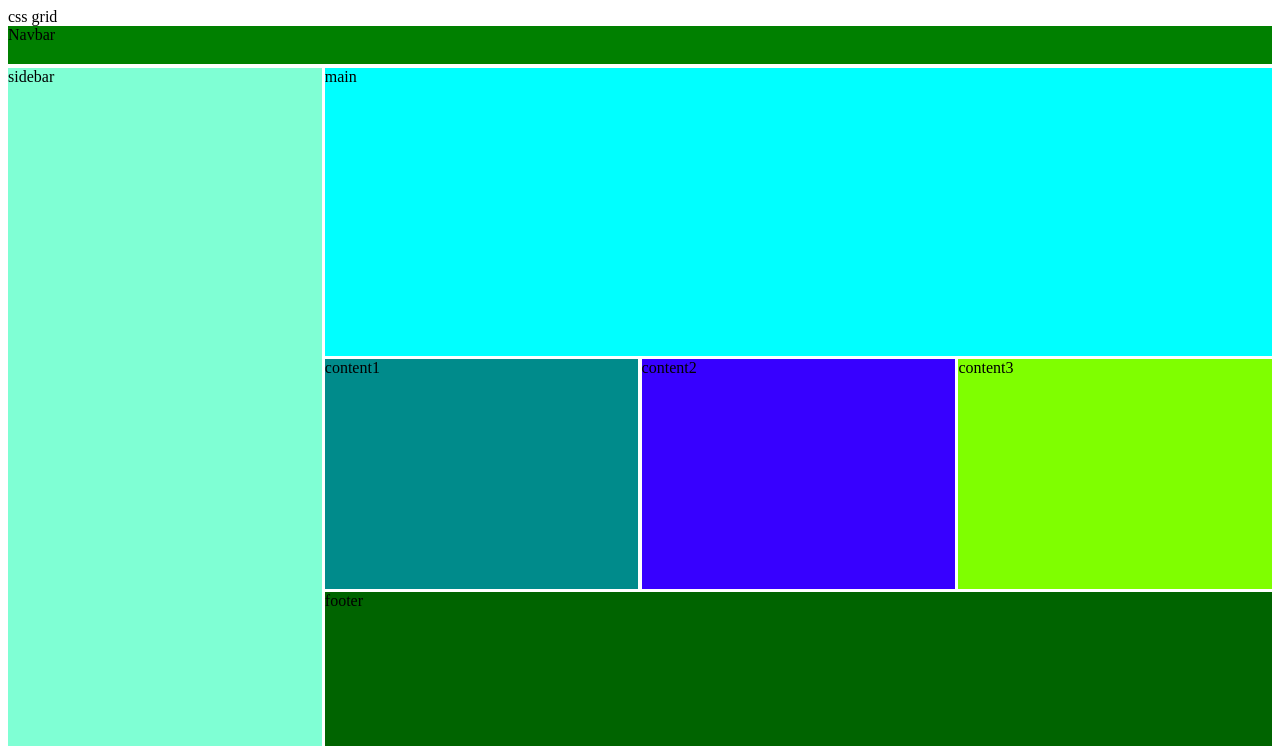
Repository: miraclesamson/cssgrid
Page: index.html
An editor plug-in stored every save of this project. The page is shown before and after the next save, followed by the edit.
The browser window is 1280 px wide. The pictures show the whole page.

Above is the page before, as saved 2022-06-25 04:54:28.

### index.html
<!DOCTYPE html>
<html lang="en">

<head>
    <meta charset="UTF-8">
    <meta http-equiv="X-UA-Compatible" content="IE=edge">
    <meta name="viewport" content="width=device-width, initial-scale=1.0">
    <link rel="stylesheet" href="./style.css" <title>css grid</title>
</head>

<body>
    <div class="container">
        <nav>Navbar</nav>
        <main>main</main>
        <div id="sidebar">sidebar</div>
        <div id="content1">content1</div>
        <div id="content2">content2</div>
        <div id="content3">content3</div>
        <div id="footer">footer</div>

    </div>

</body>

</html>

### style.css
:root {
  --main-radius: 5px;
  --main-padding: 5px;
}
.container {
  display: grid;
  height: 100vh;
  grid-template-columns: 1fr 1fr 1fr 1fr;
  grid-template-rows: 0.2fr 1.5fr 1.2fr 0.8fr;
  grid-template-areas:
    "nav nav nav nav"
    "sidebar main main main"
    "sidebar content1 content2 content3"
    "sidebar footer footer footer";
  grid-gap: 0.2rem;
}
nav {
  background: green;
  grid-area: nav;
}
main {
  background: aqua;
  grid-area: main;
}
#sidebar {
  background: aquamarine;
  grid-area: sidebar;
}
#content1 {
  background: darkcyan;
  grid-area: content1;
}
#content2 {
  background: rgb(55, 0, 255);
  grid-area: content2;
}
#content3 {
  background: chartreuse;
  grid-area: content3;
}
#footer {
  background: darkgreen;
  grid-area: footer;
}
@media only screen and (max-width: 550px) {
  .container {
    grid-template-columns: 1fr;
    grid-template-rows: 0.4fr 0.4fr 2.2fr 1.2fr 1.2fr 1.2fr 1fr;
    grid-template-areas:
      "nav"
      "sidebar"
      "main"
      "content1"
      "content2"
      "content3"
      "footer";
  }
}

After the next save:
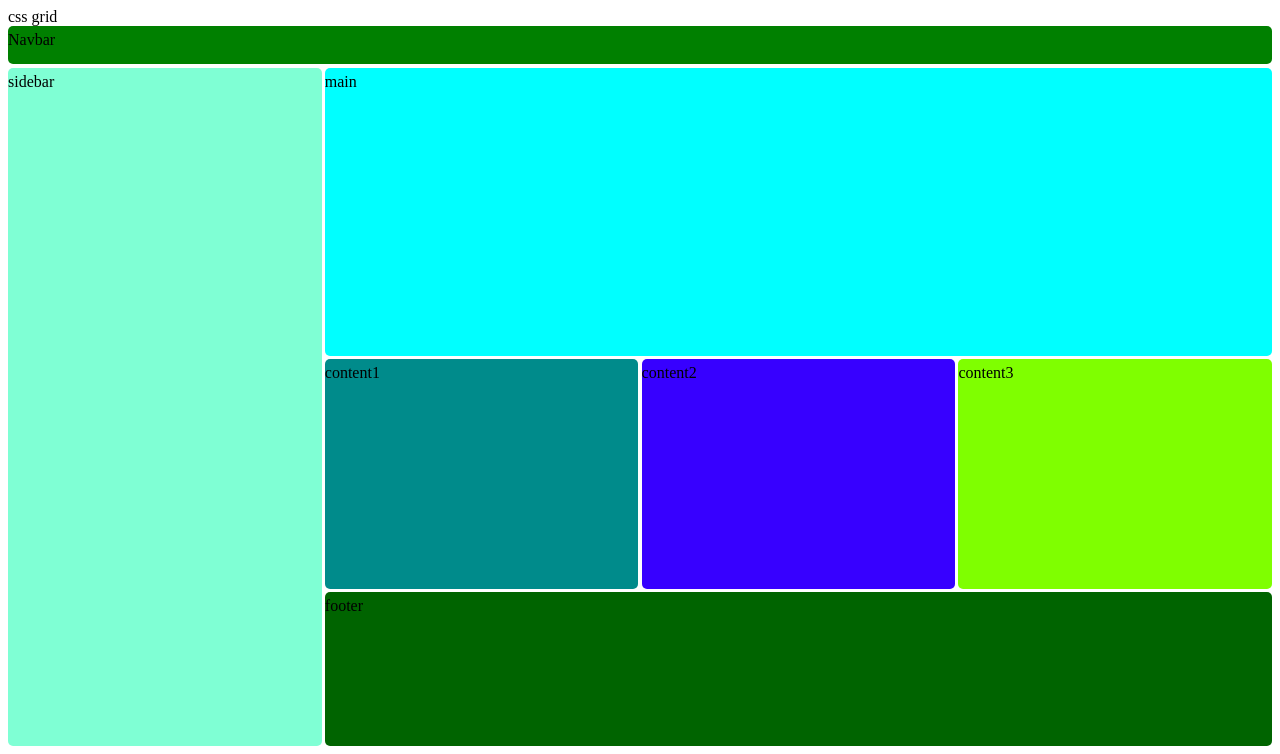
Saved 2 min 16 s later.
--- a/style.css
+++ b/style.css
@@ -17,30 +17,44 @@
 nav {
   background: green;
   grid-area: nav;
+  border-radius: var(--main-radius);
+  padding-top: var(--main-padding);
 }
 main {
   background: aqua;
   grid-area: main;
+  border-radius: var(--main-radius);
+  padding-top: var(--main-padding);
 }
 #sidebar {
   background: aquamarine;
   grid-area: sidebar;
+  border-radius: var(--main-radius);
+  padding-top: var(--main-padding);
 }
 #content1 {
   background: darkcyan;
   grid-area: content1;
+  border-radius: var(--main-radius);
+  padding-top: var(--main-padding);
 }
 #content2 {
   background: rgb(55, 0, 255);
   grid-area: content2;
+  border-radius: var(--main-radius);
+  padding-top: var(--main-padding);
 }
 #content3 {
   background: chartreuse;
   grid-area: content3;
+  border-radius: var(--main-radius);
+  padding-top: var(--main-padding);
 }
 #footer {
   background: darkgreen;
   grid-area: footer;
+  border-radius: var(--main-radius);
+  padding-top: var(--main-padding);
 }
 @media only screen and (max-width: 550px) {
   .container {
